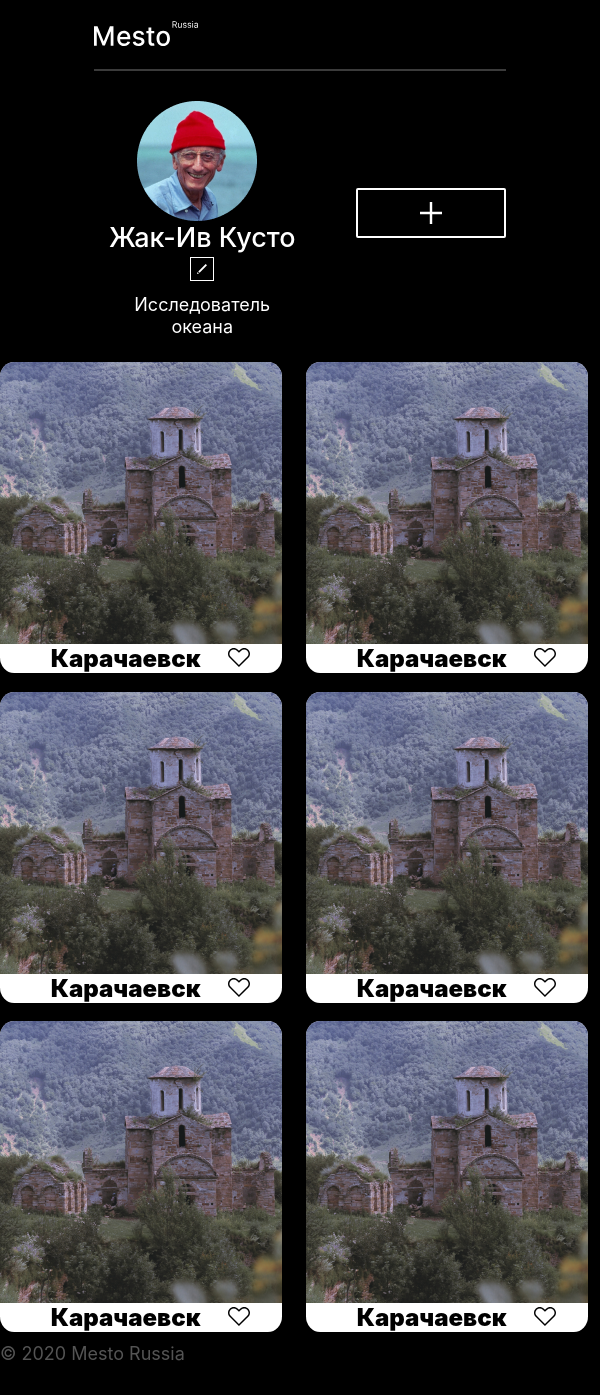
Repository: Ivan2399/mesto-project
Page: index.html
An editor plug-in stored every save of this project. The page is shown before and after the next save, followed by the edit.
The browser window is 600 px wide. The pictures show the whole page.

Above is the page before, as saved 2021-11-16 18:55:28.

After the next save:
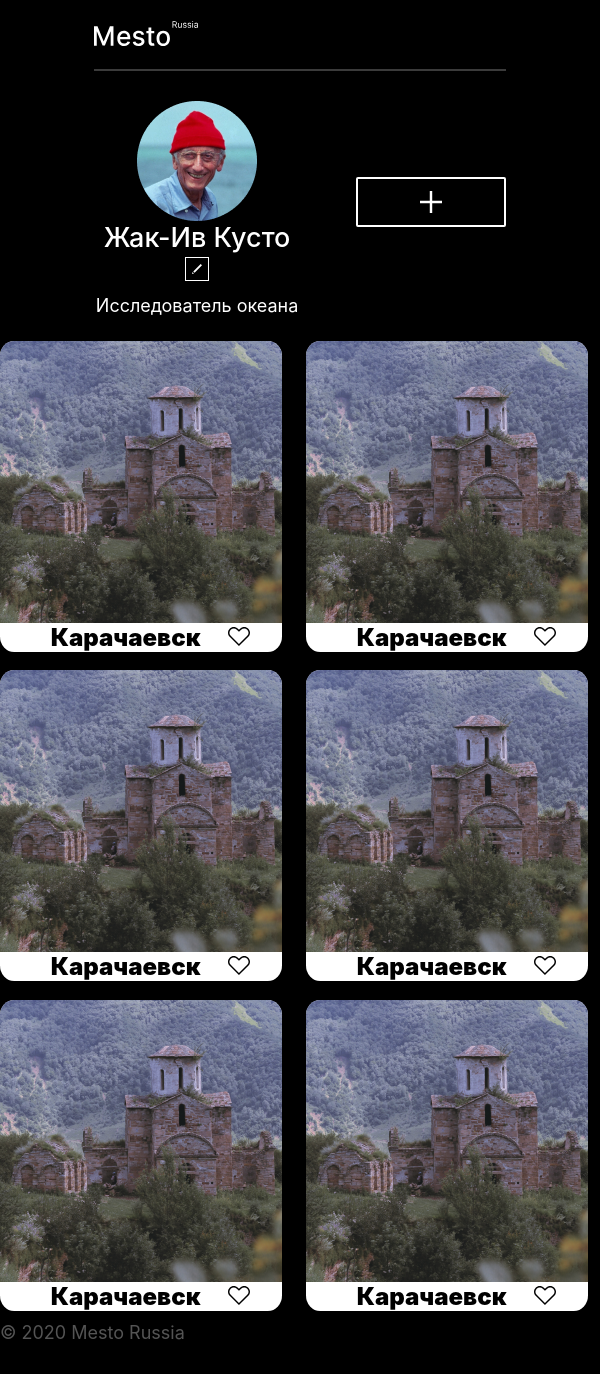
Saved 11 s later.
--- a/blocks/profile/__nickname/_mobile/profile__nickname_mobile.css
+++ b/blocks/profile/__nickname/_mobile/profile__nickname_mobile.css
@@ -3,5 +3,6 @@
     font-size: 27px;
     line-height: 33px;
     text-align: center;
+    margin: 0;
   }
 }
